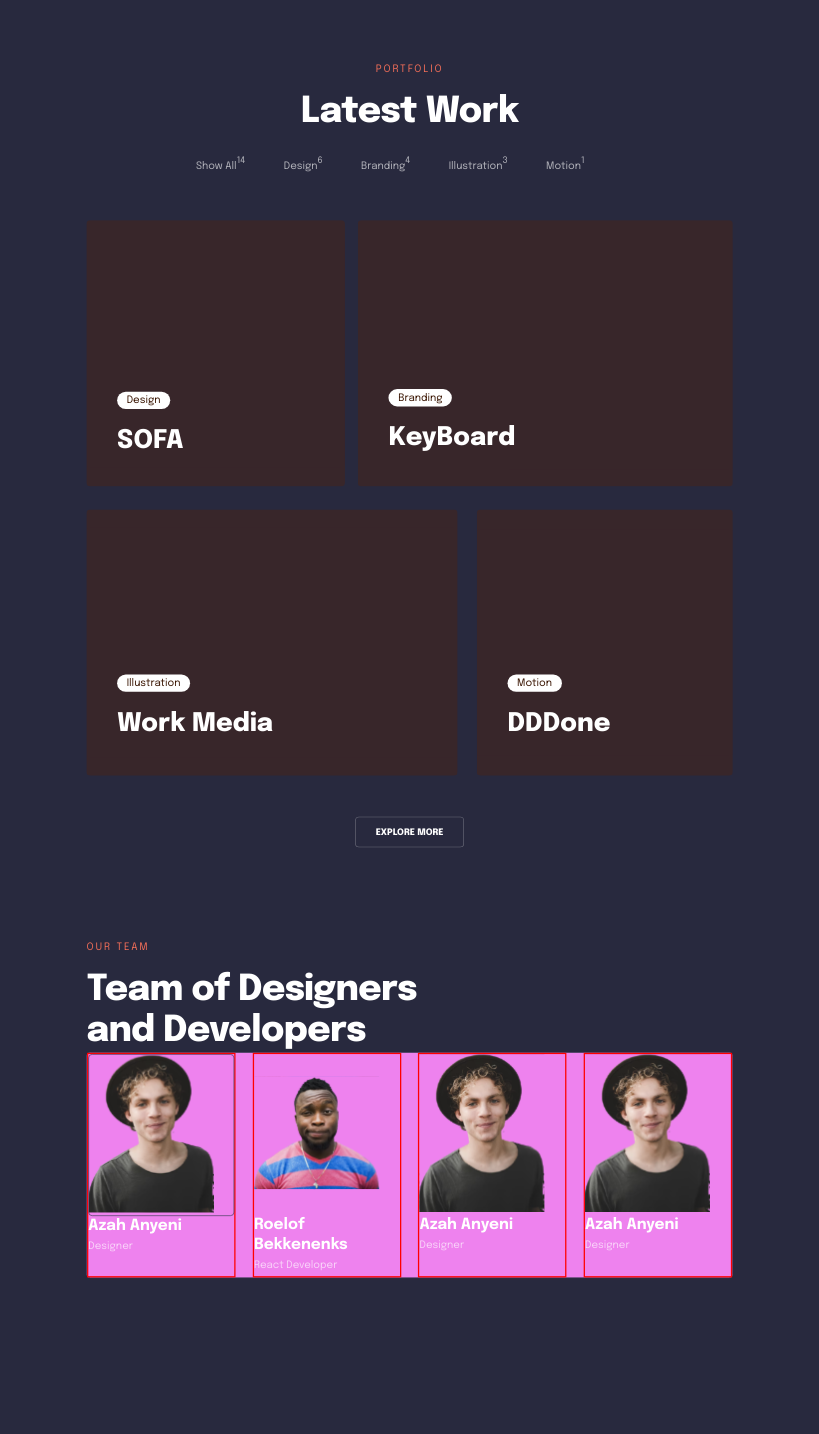
Repository: FidanXankishiyeva/figma-positions-task
Page: index.html
These files come from the project's save history. The page is drawn as it stood at one moment and after the next save; the edit follows.
The browser window is 1280 px wide. The pictures show the whole page, at 64% of full size.

Above is the page before, as saved 2023-08-10 13:40:28.

After the next save:
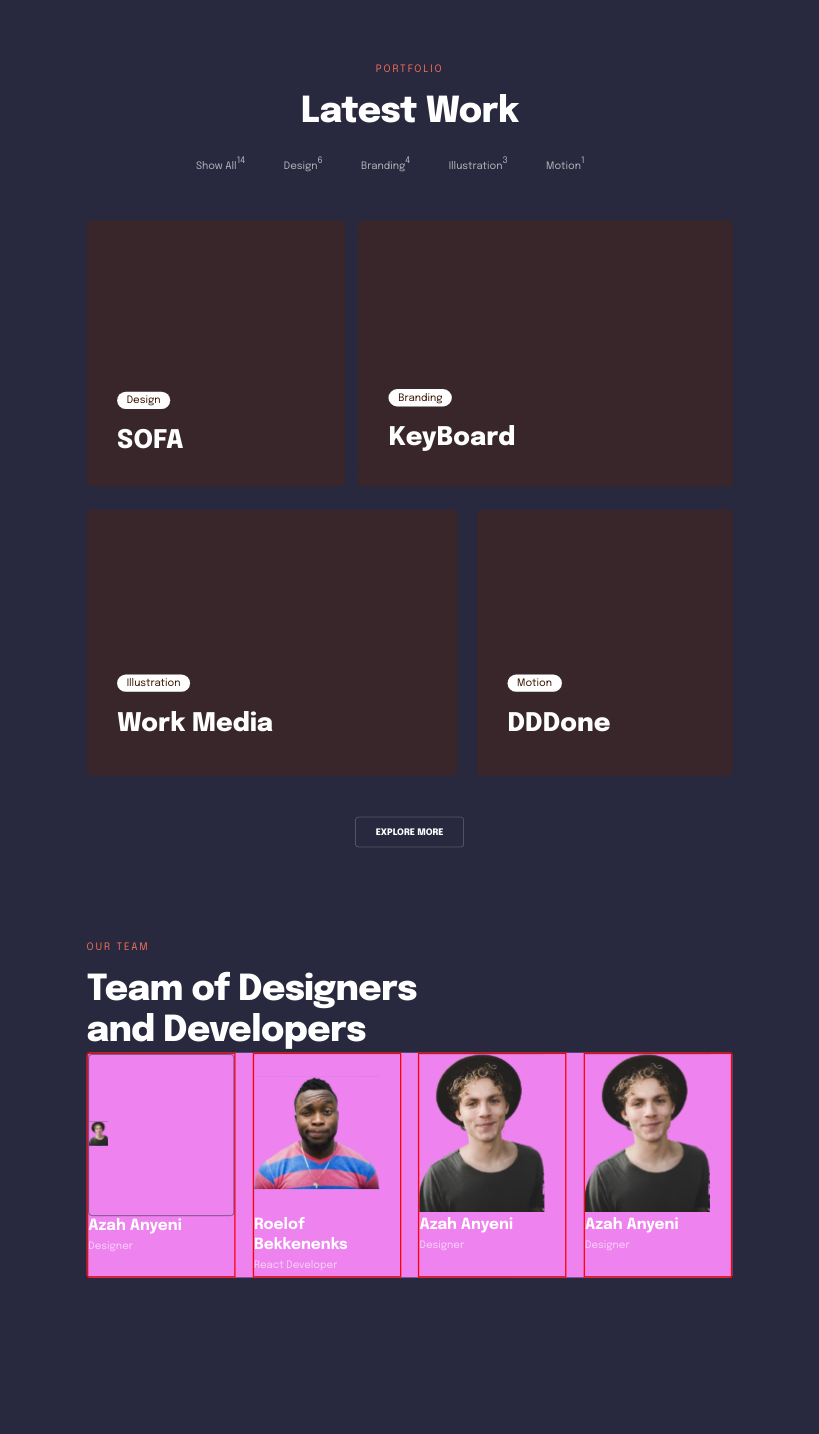
Saved 4 s later.
--- a/index.css
+++ b/index.css
@@ -293,6 +293,7 @@
 border: 1px solid #3A3C56;
 }
 .team-person ul li:first-child img{
+    width: 30px;
 
 }
 .team-person img {

After the save that followed:
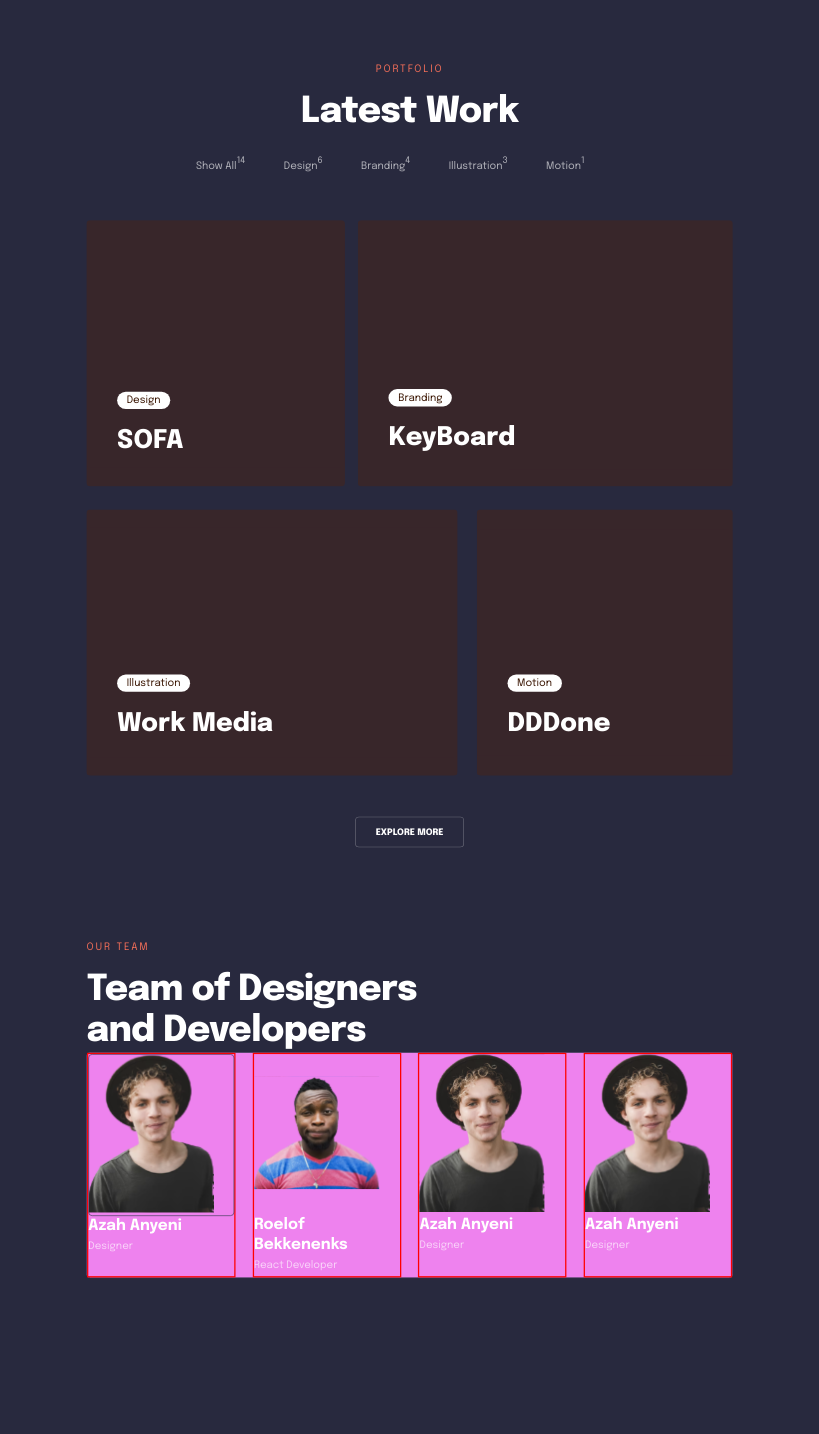
Saved 7 s later.
--- a/index.css
+++ b/index.css
@@ -293,7 +293,8 @@
 border: 1px solid #3A3C56;
 }
 .team-person ul li:first-child img{
-    width: 30px;
+    width: 196px;
+    height: 247px;
 
 }
 .team-person img {
